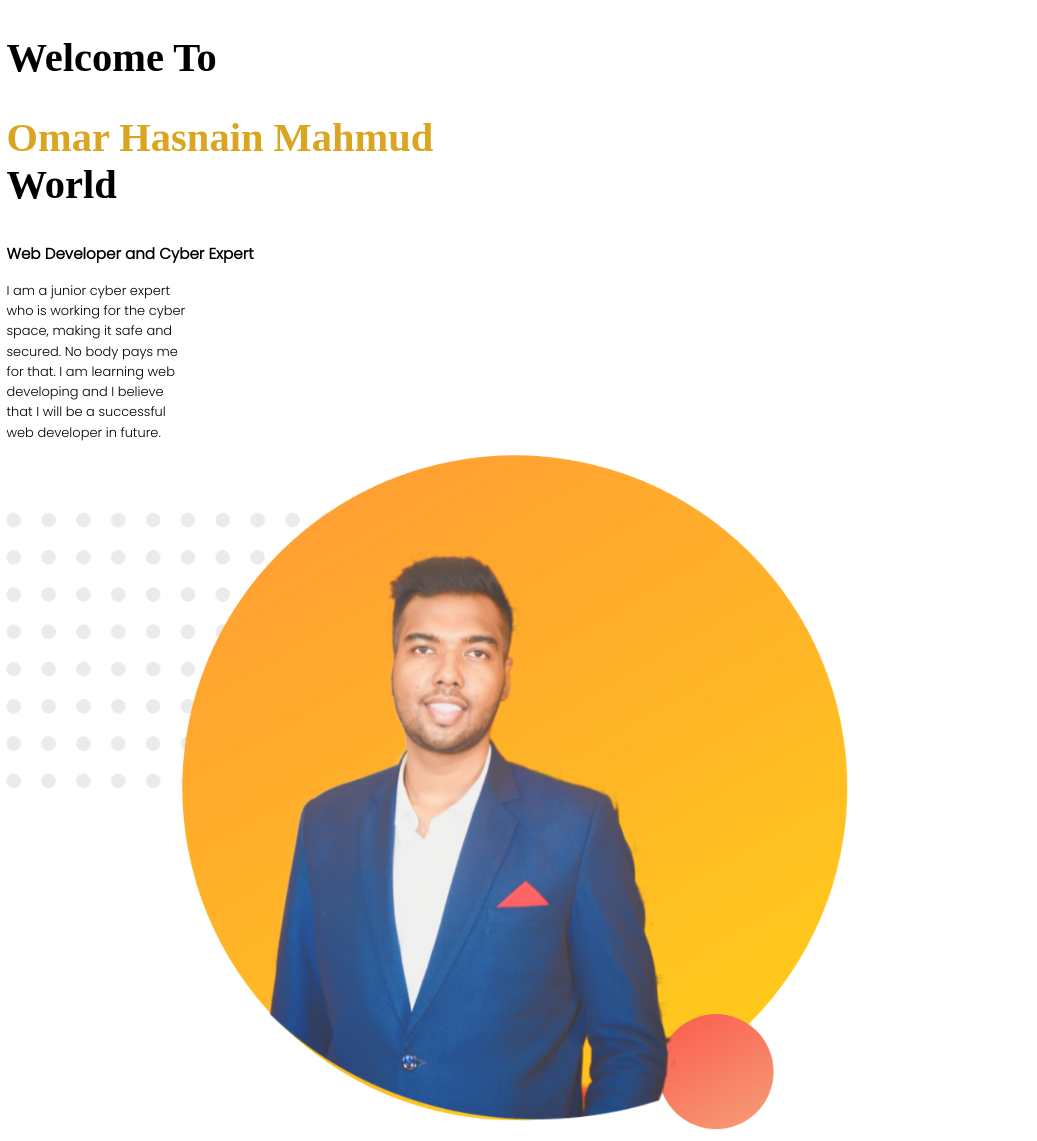
Repository: omarhasnain/web-portfolio
Page: index.html
An editor plug-in stored every save of this project. The page is shown before and after the next save, followed by the edit.
The browser window is 1280 px wide. The pictures show the whole page, at 81% of full size.
Some web fonts or font styles are not loaded; a fallback is used.

Above is the page before, as saved 2021-01-05 20:57:52.

After the next save:
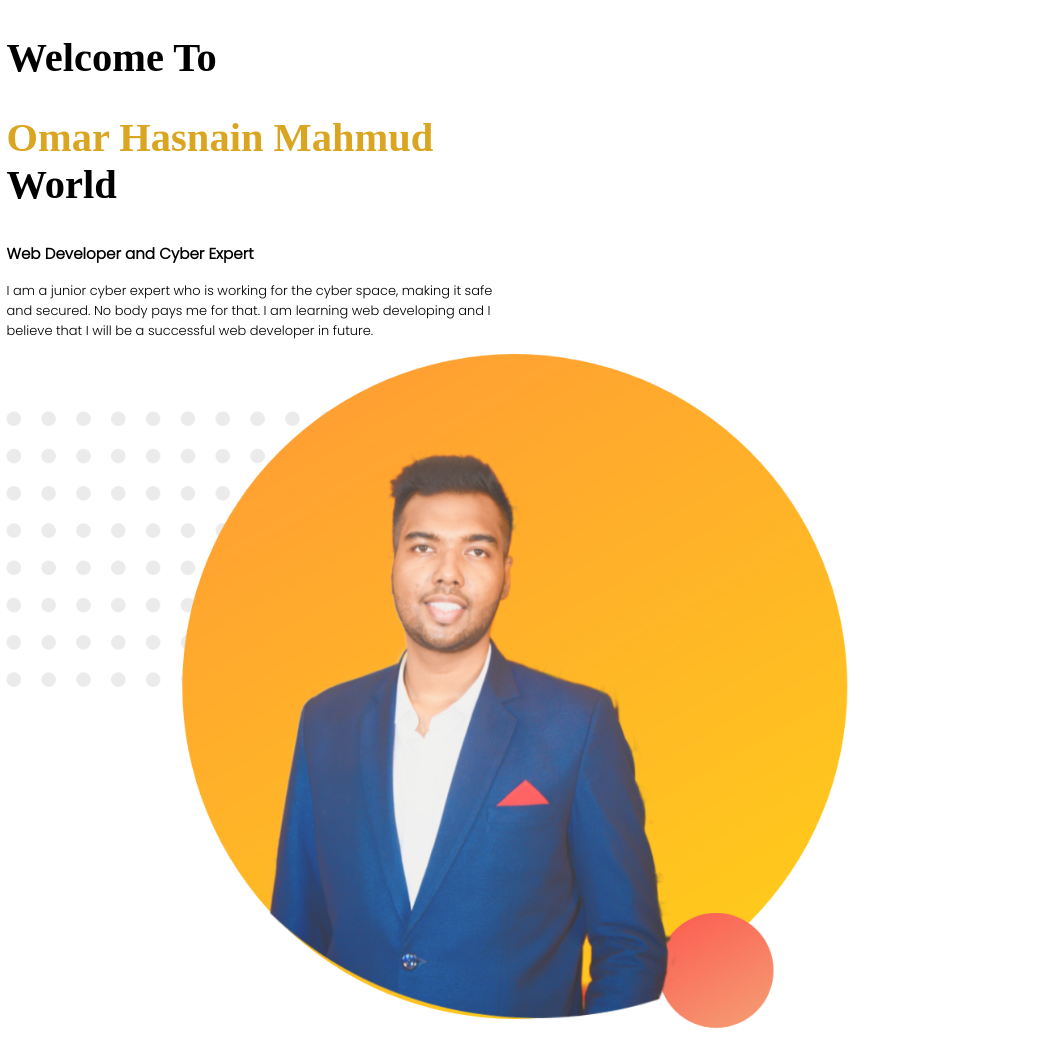
Saved 17 s later.
--- a/web portfolio style.css
+++ b/web portfolio style.css
@@ -11,9 +11,7 @@
 h3{
     font-family: 'Poppins', sans-serif;
 }
-p{
-    width: 35%;
-}
+
 .half-width{
     width: 50%;
 }
